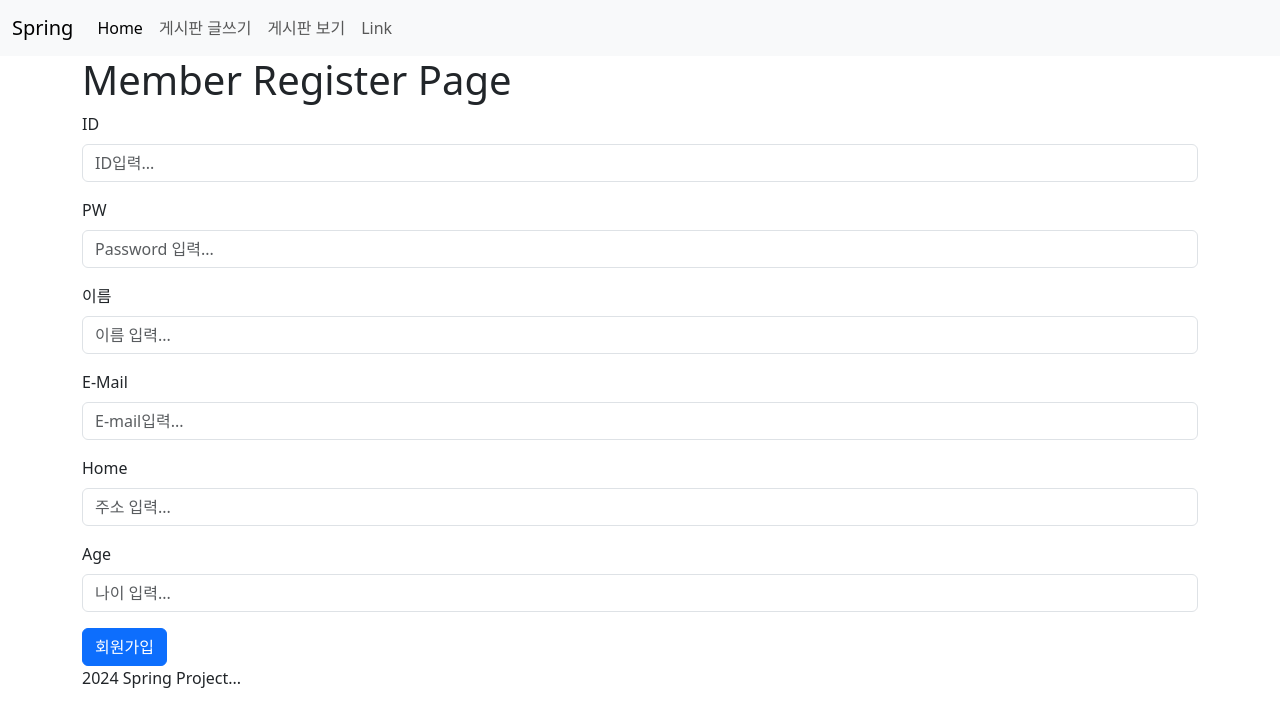
Repository: oco0217/SpringTest2
Page: http://localhost/spring_test2/WEB-INF/views/user/register.jsp
The author's editor kept a copy of each file at every save. The page is drawn from the files as they stood at one save, then again after the next save.
The browser window is 1280 px wide. The pictures show the whole page.
The page is served by Tomcat 9. Nobody is signed in. The template is opened directly, without the code that normally fills it, so the values that code supplies are empty.

Above is the page before, as saved 2024-05-07 08:35:33.

After the next save:
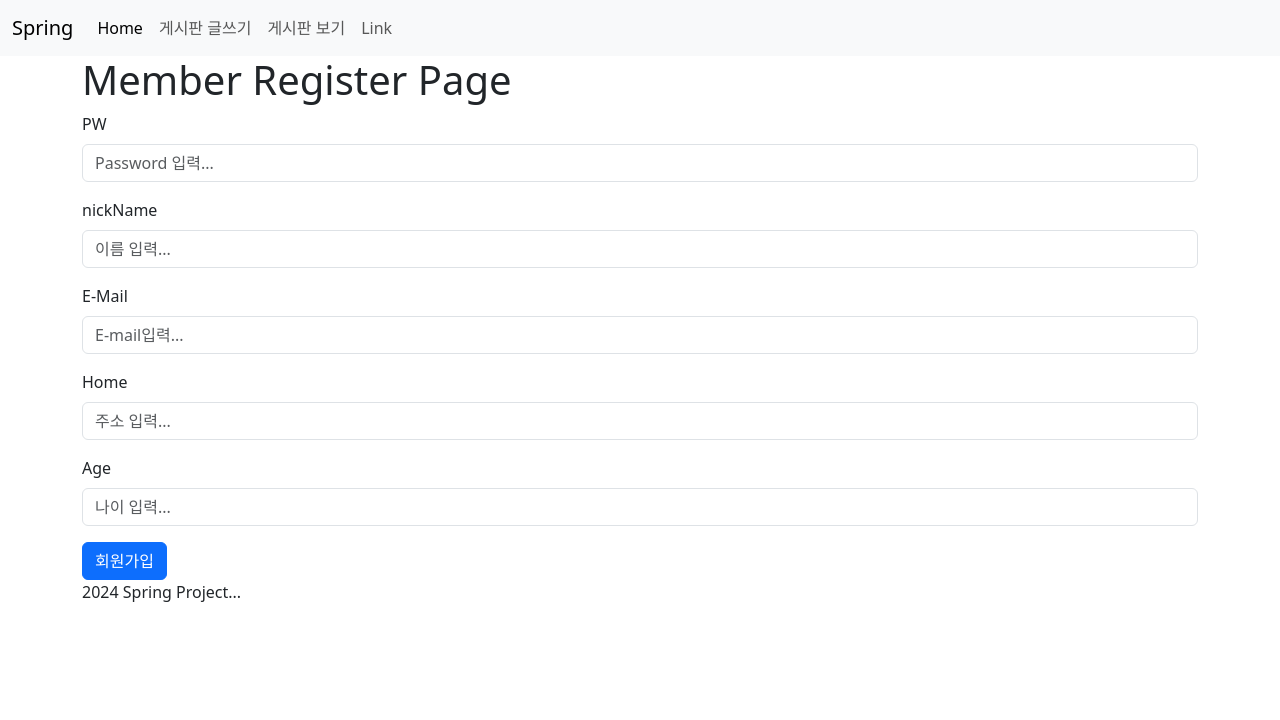
Saved 18 s later.
--- a/spring_test2/src/main/webapp/WEB-INF/views/user/register.jsp
+++ b/spring_test2/src/main/webapp/WEB-INF/views/user/register.jsp
@@ -9,15 +9,11 @@
 <form action="/user/register" method="post">
 
 <div class="mb-3">
-  <label for="i" class="form-label">ID</label>
-  <input type="text" class="form-control" id="i" placeholder="ID입력..." name="id">
-</div>
-<div class="mb-3">
   <label for="p" class="form-label">PW</label>
   <input type="password" class="form-control" id="p" placeholder="Password 입력..." name="pw">
 </div>
 <div class="mb-3">
-  <label for="n" class="form-label">이름</label>
+  <label for="n" class="form-label">nickName</label>
   <input type="text" class="form-control" id="n" placeholder="이름 입력..." name="name">
 </div>
 <div class="mb-3">
